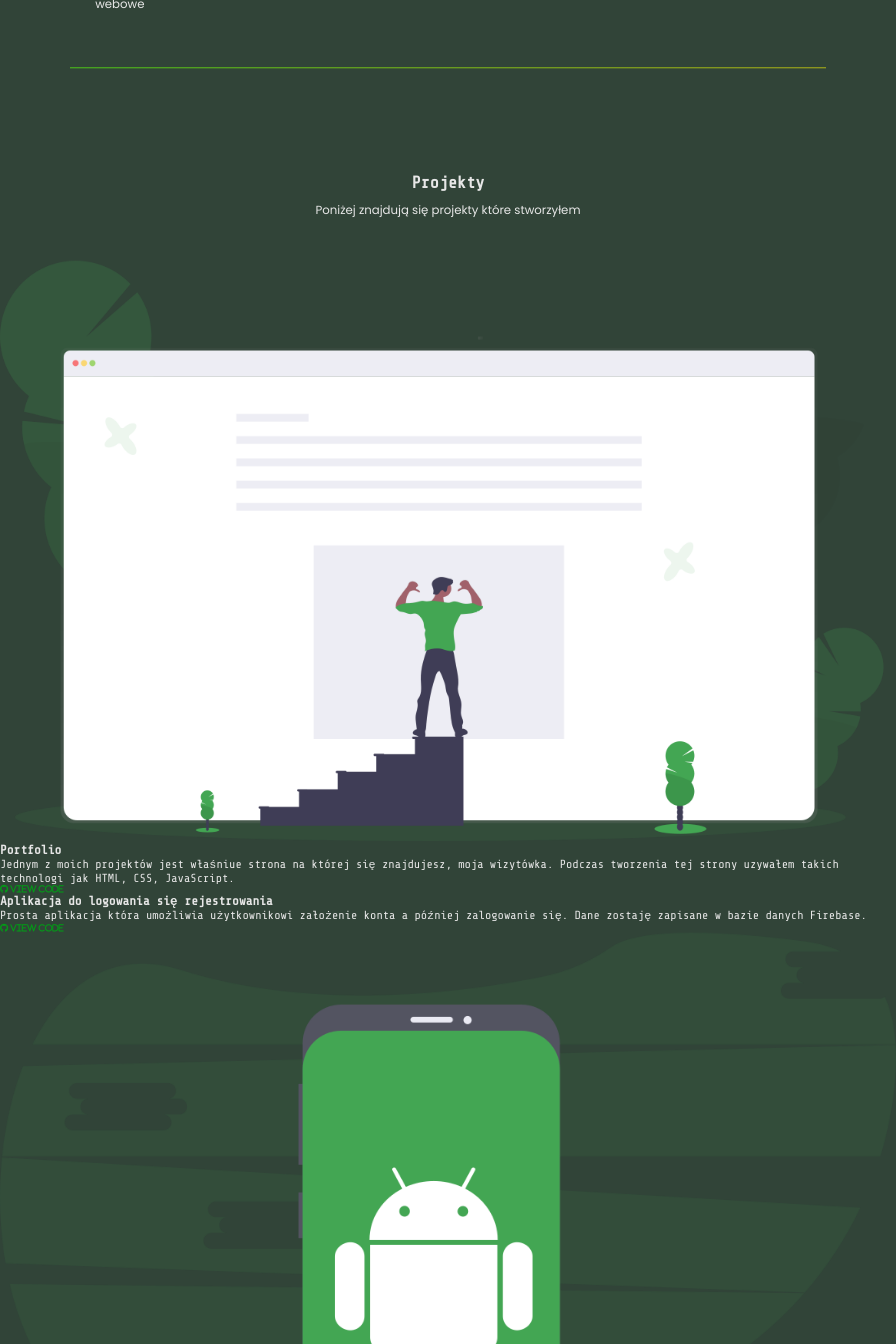
Repository: BartekUroda/portfolio
Page: index.html
These files come from the project's save history. The page is drawn as it stood at one moment and after the next save; the edit follows.
The browser window is 1280 px wide. The pictures show the part of the page from y = 1919 to 3839 px (the page is 4294 px tall before and 3041 px after), at 70% of full size.
Some web libraries are served in a nearby version.

Above is the page before, as saved 2020-10-27 21:47:44.

### index.html
<!DOCTYPE html>
<html lang="en">
<head>
    <meta charset="UTF-8">
    <meta name="viewport" content="width=device-width, initial-scale=1.0">
    <title>Portfolio | Bartek Uroda</title>
    <link rel="stylesheet" type="text/css" href="css/style.css">
    <link href="https://fonts.googleapis.com/css2?family=Poppins&sfamily=Share+Tech+Mono&display=swap" rel="stylesheet">
    <script src="https://kit.fontawesome.com/056e5c10dc.js" crossorigin="anonymous"></script>
    <link rel="shortcut icon" type="image/x-icon" href="images/favicon.ico" />
</head>
<body>
    <header>
        <div class="container">
            <nav>
                <div class="nav-brand">
                    <a href="index.html">
                        <img src="images/logo.png" alt="Uroda">
                    </a>
                </div>
                <div class="burger-menu-icon">
                    <div class="line1"></div>
                    <div class="line2"></div>
                    <div class="line3"></div>
                </div>
                <ul class="nav-list">
                    <li class="nav-item">
                      <a href="#landing-page">
                        <img
                          src="images/profile.jpeg"
                          alt="Bartek Uroda"
                          class="profile-pic nav-link"
                        >
                        <span class="caption nav-link">Bartek Uroda</span>
                      </a>
                    </li>
                    <li class="nav-item">
                      <a href="#about" class="nav-link">O mnie</a>
                    </li>
                    <li class="nav-item">
                      <a href="#services" class="nav-link">Usługi</a>
                    </li>
                    <li class="nav-item">
                      <a href="#projects" class="nav-link">Projekty</a>
                    </li>
                    <li class="nav-item">
                      <a href="#contact" class="nav-link">Kontakt</a>
                    </li>
                    <li class="nav-item">
                      <a href="https://www.facebook.com/bartlomiej.uroda.3" target="_blank" class="nav-link">
                        <i class="fab fa-facebook"></i>
                      </a>
                      <a href="https://github.com/Urodii" target="_blank" class="nav-link">
                        <i class="fab fa-github"></i>
                      </a>
                      <a href="https://www.youtube.com/channel/UCzT1h5RNvmbtrmKT5hPjyAg?view_as=subscriber" target="_blank" class="nav-link">
                        <i class="fab fa-youtube"></i>
                      </a>
                    </li>
                  </ul>
            </nav>
        </div>
    </header>
    <main>
      <section id="landing-page" class="landing-page">
        <div class="container">
          <div class="main-message">
            <h2>Barłomiej Uroda</h2>
            <h3>Junior Front-End Web Developer</h3>
            <p>Html - CSS - JavaScript - Java</p>
            <div class="intro-btn">
              <div class="cta">
                <a href="#contact" class="btn">Skontaktuj się ze mną!</a>
              </div>
              <div class="cta">
                <a href="#projects" class="btn">Moje Projekty</a>
              </div>
            </div>
            <div>
              <a href="#about" class="scroll-down">
                <i class="fa fa-chevron-down" aria-hidden="true"></i>
              </a>
            </div>
          </div>
        </div>
      </section>
      <section id="about" class="about">
        <div class="container">
          <div class="about-img">
            <img
              src="images/profile.jpeg"
              alt="Bartek Uroda"
              class="about-pic"
            />
          </div>
          <div class="about-text-box">
            <h2>Cześć,</h2>
            <h3>O mnie</h3>
            <p>
              Nazywam się Bartek mam 21 lat, aktulanie studiuje zaocznie informatykę
              na Wyższej Szkole Biznesu w Nowym Sączu, studia te rozpoczołem po roku studiowania
              na Politechnce Krakowskiej na kierunku Fizyki Technicznej, zaliczyłem pierwszy rok na PK
              i wziołem sobie tak zwany Gap Year, studia na Politechnice nie satysfakcjonowały
              mnie więc postanowiłem rozwijać się w kierunku programistycznym. Szybko się uczę a zdobywanie wiedzy sprawia mi przyjemność.
            </p>
            <h3>Umiejętności</h3>
            <p>
              Rozwijam się w takich technologiach jak: HTML, CSS, JavaScript, Java oraz C++,
              tworze reponsywne strony. Znam angielski na
              poziomie C1, uczę się również bezpieczeństwa aplikacji webowych.
              Programowanie to coś z czym chciałbym żeby wiązała się moja przyszłość.
            </p>
            <h3>Zainteresowania</h3>
            <p>
              Sporą część mojego wolnego czasy pochłania sport, lubie jazde na rowerze siłownie oraz klistenike.
              Często spędzam również czas na graniu w gry, głownie jest to Counter-Strike, interesuję się też ITSecurity
              i w wolnym czasie staram się rozwijać w tym kierunku. Lubie podróże a poznawanie nowych
              wartościowych ludzi daje mi sporą motywacje w życiu.
            </p>
          </div>
        </div>
        <hr/>
      </section>
      <section id="services" class="services">
        <div class="container">
          <div class="title-heading">
            <h2>Oferta</h2>
            <p>
              Stworzę dokładnie taką stronę lub aplikacje mobilną jak klient sobie zażyczy.
            </p>
          </div>
          <div class="service-tiers">
            <div class="tier-item">
              <i class="fa fa-code" aria-hidden="true"></i>
              <h2>Web Development</h2>
              <p>
                Modyfikacja istniejących stron internetowych,
                wizytówki internetowe,
                responsywne strony internetowe typu "One Page" oraz "Multi Page",
                blogi internetowe, proste aplikacje webowe
              </p>
            </div>
            <div class="tier-item">
              <i class="fa fa-file-code-o" aria-hidden="true"></i>
              <h2>Responsywne strony</h2>
              <p>
                Strony które tworze są rezponsywne i wyglądają dobrze na każdym urządzeniu,
                niezależlnie jest to komputer, tablet lub telefon.
              </p>
            </div>
            <div class="tier-item">
              <i class="fa fa-mobile" aria-hidden="true"></i>
              <h2>Tworzenie aplikacji na androida</h2>
              <p>
                Potrafię również tworzyć proste aplikacje za pomoca języka Java,
                aplikajce te działają na urządzeniach mobilnych z androidem.
              </p>
            </div>
          </div>
        </div>
        <hr />
      </section>
      <section id="projects" class="projects">
        <div class="title-heading">
          <h2>Projekty</h2>
          <p>Poniżej znajdują się projekty które stworzyłem</p>
        </div>
        <div class="project-item">
          <div class="project-img has-margin-right">
            <img src="images/portfolio.png" />
          </div>
          <div class="project-description">
            <h2>Portfolio</h2>
            <p>
              Jednym z moich projektów jest właśniue strona na której się znajdujesz, moja wizytówka.
              Podczas tworzenia tej strony uzywałem takich technologi jak HTML, CSS, JavaScript.
            </p>
            <a href="#" class="project-link" target="_blank"
              ><i class="fa fa-github" aria-hidden="true"> View Code</i></a
            >
          </div>
        </div>
        <div class="project-item">
          <div class="project-description has-margin-right">
            <h2>Aplikacja do logowania się rejestrowania</h2>
            <p>
              Prosta aplikacja która umożliwia użytkownikowi założenie konta a później
              zalogowanie się. Dane zostaję zapisane w bazie danych Firebase.
            </p>
            <a href="#" class="project-link" target="_blank"
              ><i class="fa fa-github" aria-hidden="true"> View Code</i></a
            >
          </div>
          <div class="project-img">
            <img src="images/android.png" />
          </div>
        <!-- </div>
        <div class="project-item">
          <div class="project-img has-margin-right">
            <img src="" />
          </div>
          <div class="project-description">
            <h2>kalkulator</h2>
            <p>
              Prosty kalkulator
            </p>
            <a href="#" class="project-link" target="_blank"
              ><i class="fa fa-github" aria-hidden="true"> View Code</i></a
            >
          </div>
        </div> -->
        <hr />
      </section>
    </main>
 <script type="text/javascript" src="js/main.js"></script>
</body>
</html>

### css/style.css
/* ----------GLOBAL STYLES---------- */
*,
*::before,
*::after {
  margin: 0;
  padding: 0;
  box-sizing: inherit;
}
html {
    font-family: "Share Tech Mono", monospace;
    font-size: 12px;
    box-sizing: border-box;
    scroll-behavior: smooth;
    color: #e7e7e7;
    background: rgb(49, 68, 56);
}

a {
    text-decoration: none;
    color: rgb(3, 155, 23);
}

a:hover {
    color: rgba(249, 105, 14, 1);
}

ul {
    list-style: none;
}

p {
    font-size: 1.4rem;
}

img {
    width: 100%;
    max-width: 100%;
    height: auto;
}
/* ----------HEADER---------- */
header {
    width: 100%;
    height: 5rem;
    position: absolute;
    top: 0;
    left: 0;
    z-index: 1;
}
.contenier {
    width: 100%;
    max-width: 90rem;
    margin: 0 auto;
    padding: 0 1.5rem;
}
.nav-brand {
    width: 8rem;
}
nav {
    width: 100%;
    display: flex;
    align-items: center;
    justify-content: space-between;
    padding: 1rem 0;
    border-bottom: 2px solid rgba(255, 255, 255, .2);
}
.line1 {
    width: 20px;
    height: 3px;
    margin: 5px 0;
    background: linear-gradient(
      135deg,
      rgb(27, 218, 10) 0%,
      rgb(255, 255, 255) 100%
    );
}
.line2 {
    width: 25px;
    height: 3px;
    background: linear-gradient(
      135deg,
      rgb(27, 218, 10) 0%,
      rgb(255, 255, 255) 100%
    );
}
.line3 {
    width: 30px;
    height: 3px;
    margin: 5px 0;
    background: linear-gradient(
      135deg,
      rgb(27, 218, 10) 0%,
      rgb(255, 255, 255) 100%
    );
}
.burger-menu-icon {
    cursor: pointer;
    z-index: 999;
    position: fixed;
    right: 0;
    top: 0;
    background-color: rgba(67, 145, 47, 0.815);
    padding: 1.2rem;
    border-radius: 0% 0% 0% 40%;
}
.profile-pic {
    height: 9rem;
    width: auto;
    border-radius: 50%;
    display: block;
    margin: 1.5rem 0;
}
.caption {
    display: block;
}
.nav-list {
    width: 24rem;
    height: 100vh;
    background-color:  rgb(69, 85, 75);
    position: fixed;
    top: 0;
    right: -26rem;
    display: flex;
    flex-direction: column;
    align-items: center;
    justify-self: start;
    z-index: 998;
    transition: all 650ms ease-in-out;
}
.nav-list.active {
    right: 0;
}
.nav-item {
    margin: 1.2rem 0;
}
.nav-link {
    opacity: 0;
    font-size: 1.3rem;
    text-transform: uppercase;
    color: #cecece;
    letter-spacing: 1.5px;
}
.nav-link:hover {
    color: rgb(62, 248, 15);
}
.toggle {
    background: none;
}
.toggle .line1 {
    transform: rotate(-45deg) translate(-5px, 6px) scalex(2);
}
.toggle .line2 {
    opacity: 0;
}
.toggle .line3 {
    width: 20px;
    transform: rotate(45deg) translate(-5px, -6px) scalex(2);
    margin-left: 0px;
}
@keyframes navLinkAnimate {
    from{
        opacity: 0;
        transform: translate(50px);
    }
    to{
        opacity: 1;
        transform: translate(0px);
    }
}
/* ----------MAIN---------- */
.landing-page{
    width: 100%;
    height: 100vh;
    background: linear-gradient(
        135deg,
        rgba(50, 58, 52, 0.9) 0%,
        rgba(44, 100, 65, 0.8) 100%
    ),
    url('../images/mainpage.png') center no-repeat;
    background-size: contain;
    position: relative;
}
.main-message {
    width: 100%;
    max-width: 58rem;
    text-transform: uppercase;
    position: absolute;
    left: 50%;
    top: 50%;
    transform: translate(-50%, -50%);
    text-align: center;
}
.main-message h2 {
    letter-spacing: 1.2rem;
    font-size: 2rem;
    font-weight: 400;
    overflow: hidden;
    white-space: nowrap;
    animation: typing 5s steps(33), blink 1s ease-in-out 7s infinite;
    width: 33ch;
    margin: auto;
    border-right: 4px solid rgba(255, 255, 255, 1);
}
@keyframes typing {
    75% {
      width: 0ch;
      color: rgb(178, 249, 14);
    }
    100% {
      width: 33ch;
    }
}
@keyframes blink {
    0% {
      border-right: 4px solid rgba(255, 255, 255, 0);
    }
    100% {
      border-right: 4px solid rgb(194, 194, 194);
    }
}
.main-message h3 {
    font-size: 4rem;
    margin: 1rem 0;
    color: rgba(249, 105, 14, 1);
    background: linear-gradient(
      to right,
      rgb(87, 253, 9) 0%,
      rgb(217, 240, 17) 100%
    );
    -webkit-background-clip: text;
    -webkit-text-fill-color: transparent;
}
.main-message p {
    text-transform: none;
    font-size: 1.7rem;
    font-weight: 400;
}
.intro-btn {
    display: flex;
    justify-content: center;
}
.btn {
    margin: 0 9px;
    background: rgba(3, 155, 155);
    border-radius: 2rem;
    color: #fafafa;
    padding: 1rem 2.5rem;
    display: inline-block;
    margin-top: 2rem;
    transition: background-color 650ms;
    font-weight: 500;
    letter-spacing: 2px;
}
.btn:hover {
    color: #fafafa;
    background-color: rgb(176, 189, 0);
}
.scroll-down i {
    color: #fafafa;
    transition: color 650ms;
    margin-top: 2rem;
    font-size: 3.5rem;
}
.scroll-down i:hover {
    color: rgb(176, 189, 0);
}
/* ----------ABOUT--------- */
.about {
    width: 100%;
    min-height: 100vh;
    max-width: 70rem;
    margin: auto;
}
.about .container {
    display: flex;
    align-items: center;
    min-height: 80vh;
  }
.about-img img {
    height: 12rem;
    width: auto;
    border-radius: 50%;
    margin: 2rem;
    box-shadow: 0 20px 30px 0 rgba(4, 236, 4, 0.397);
  }
.about-text-box {
    flex-grow: 1;
    flex-shrink: 1;
    flex-basis: 0;
}
.about-text-box h2 {
    font-size: 3rem;
    margin-bottom: 15px;
}
.about-text-box h3 {
    font-size: 2rem;
    margin-bottom: 10px;
}
.about-text-box p {
    font-family: "Poppins", sans-serif;
    font-size: 1.4rem;
    padding: 0;
    margin-bottom: 1.45rem;
}
hr {
    margin: 4rem 0;
    background: linear-gradient(
      to right,
      rgb(87, 253, 9) 0%,
      rgb(231, 228, 6) 100%
    );
    border: 0;
    height: 1px;
}
/* ----------SERVICE--------- */
.services {
    padding: 3rem 0;
    min-height: 100vh;
    max-width: 90rem;
    margin: auto;
}
.title-heading {
    text-align: center;
    margin-bottom: 5rem;
}
.title-heading h2 {
    font-size: 2rem;
    margin: 0.5rem 0 1rem 0;
}
.title-heading p {
    font-family: "Poppins", sans-serif;
    margin-bottom: 5rem;
}
.service-tiers {
    display: grid;
    grid-template-columns: repeat(auto-fit, minmax(25rem, 1fr));
    gap: 2.5rem;
}
.tier-item {
    height: 30rem;
    padding: 3rem;
    position: relative;
    display: flex;
    flex-direction: column;
    justify-content: center;
    cursor: default;
}
.tier-item i {
    font-size: 3.5rem;
}
.tier-item h2 {
    font-size: 2rem;
    margin: 2rem 0;
    background: linear-gradient(
      to right,
      rgb(87, 253, 9) 0%,
      rgb(231, 228, 6) 100%
    );
    -webkit-background-clip: text;
    -webkit-text-fill-color: transparent;
}
.tier-item p {
    font-family: "Poppins", sans-serif;
    font-size: 1.4rem;
}
/* ----------PROJECTS--------- */

### js/main.js
//navbar animation etc
const selectElement = (s) => document.querySelector(s);
const navLinks = document.querySelectorAll(".nav-link");

selectElement(".burger-menu-icon").addEventListener("click", () => {
    selectElement(".nav-list").classList.toggle("active");
    selectElement(".burger-menu-icon").classList.toggle("toggle")

    navLinks.forEach((link, index) => {
        if (link.style.animation){
            link.style.animation = ""
        }else{
            link.style.animation = `navLinkAnimate 0.5s ease forwards ${ index/7 + 0.5}s`
            console.log(index/7 + 0.5)
        }
    })
});
//navbar hiding after choose section
navLinks.forEach(link => {
    link.addEventListener("click", () => {
        selectElement(".nav-list").classList.toggle("active");
        selectElement(".burger-menu-icon").classList.toggle("toggle");

        navLinks.forEach((link, index) => {
            if (link.style.animation){
                link.style.animation = ""
            }else{
                link.style.animation = `navLinkAnimate 0.5s ease forwards ${ index/7 + 0.5}s`
                console.log(index/7 + 0.5)
            }
        })
    })
})

After the next save:
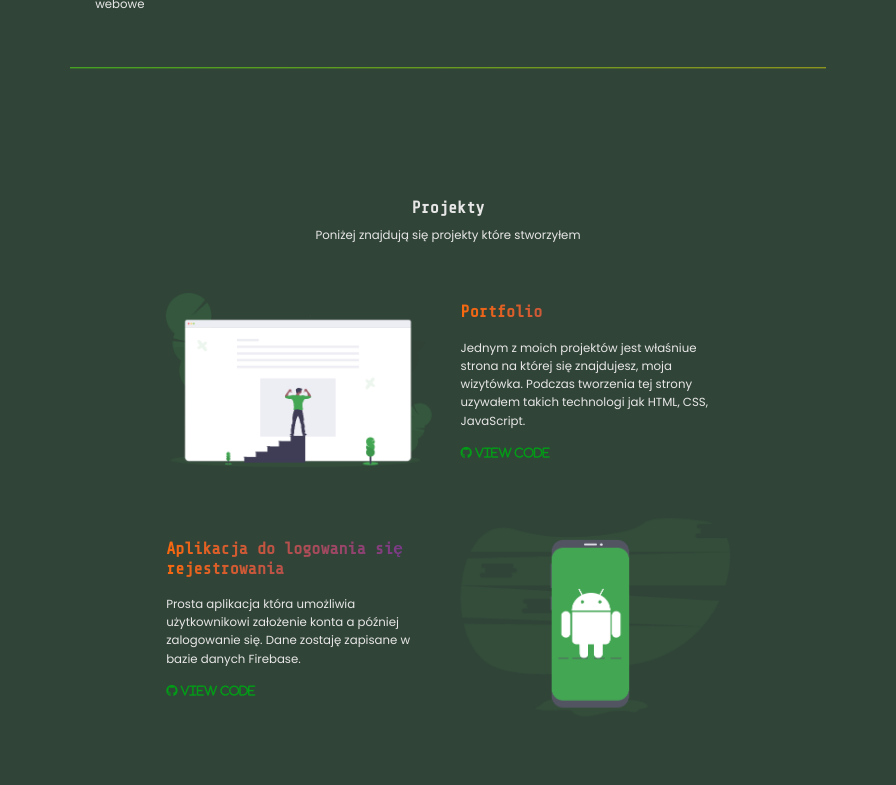
Saved 2 min 1 s later.
--- a/css/style.css
+++ b/css/style.css
@@ -363,3 +363,69 @@ hr {
     font-size: 1.4rem;
 }
 /* ----------PROJECTS--------- */
+.projects {
+    padding: 3rem 0;
+    min-height: 100vh;
+    max-width: 70rem;
+    margin: auto;
+}
+.has-margin-right {
+    margin: 0 3rem 0 0;
+}
+.project-item {
+    display: flex;
+    align-items: center;
+    justify-content: center;
+    margin: 0 1.45rem 5rem 1.45rem;
+}
+.project-img {
+    flex: 1;
+}
+.project-description {
+    flex: 1;
+}
+.project-description h2 {
+    font-size: 2rem;
+    margin: 2rem 0;
+    background: linear-gradient(
+      to right,
+      rgba(249, 105, 14, 1) 0%,
+      rgba(102, 51, 153, 1) 100%
+    );
+    -webkit-background-clip: text;
+    -webkit-text-fill-color: transparent;
+}
+.project-description p {
+    font-family: "Poppins", sans-serif;
+    font-size: 1.4rem;
+}
+.project-link {
+    display: inline-block;
+    margin: 2rem 0;
+    font-size: 1.4rem;
+}
+/* ----------CONTACT--------- */
+.contact {
+    width: 100%;
+    min-height: 100vh;
+    max-width: 70rem;
+    margin: auto;
+    padding-top: 5rem;
+}
+.contact h2 {
+    text-align: center;
+    font-size: 2.5rem;
+    margin-bottom: 5rem;
+}
+.contact p {
+    font-family: "Poppins", sans-serif;
+    font-size: 1.4rem;
+    padding: 0;
+    margin: 0.9rem 2rem;
+}
+.contact .container {
+    min-height: 50vh;
+    display: flex;
+    justify-content: space-evenly;
+    align-items: center;
+}
